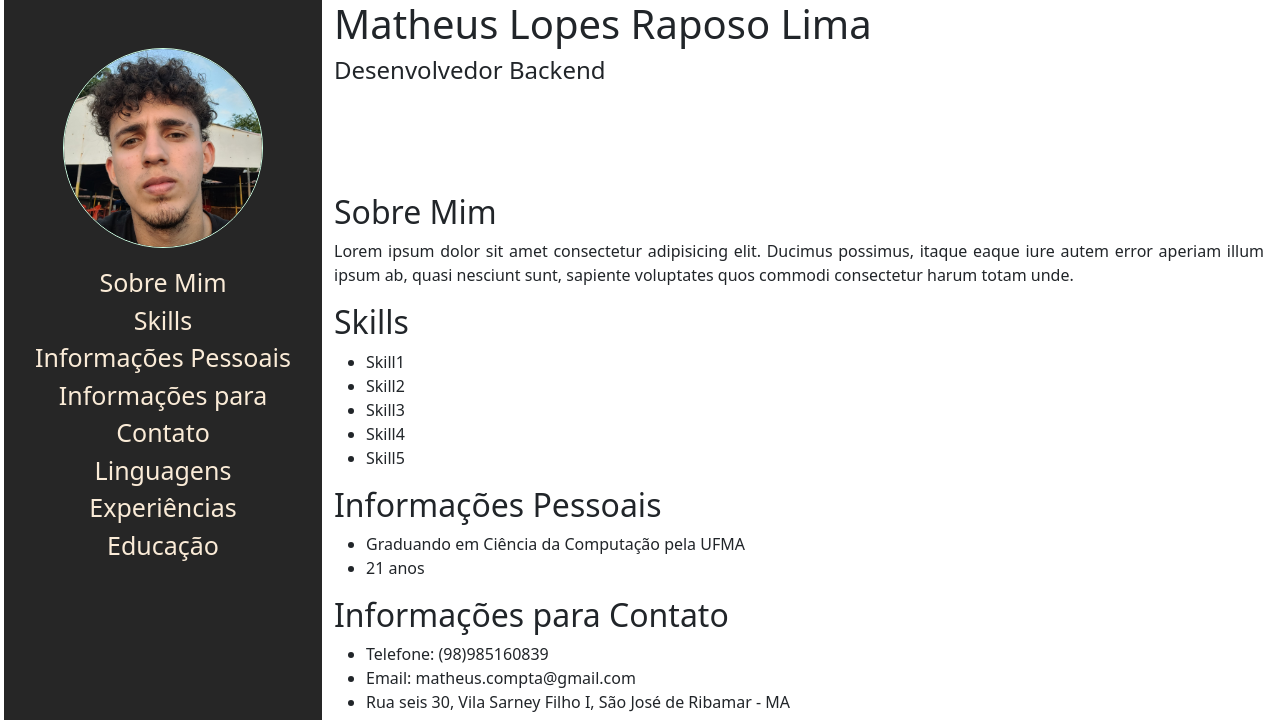
Repository: MaatheusRaposo/Curriculo_Web
Page: index.html
The author's editor kept a copy of each file at every save. The page is drawn from the files as they stood at one save, then again after the next save.
The browser window is 1280 px wide. The pictures show the whole page.
An inner scrolling area shows only its first screen.

Above is the page before, as saved 2026-05-28 02:03:24.

After the next save:
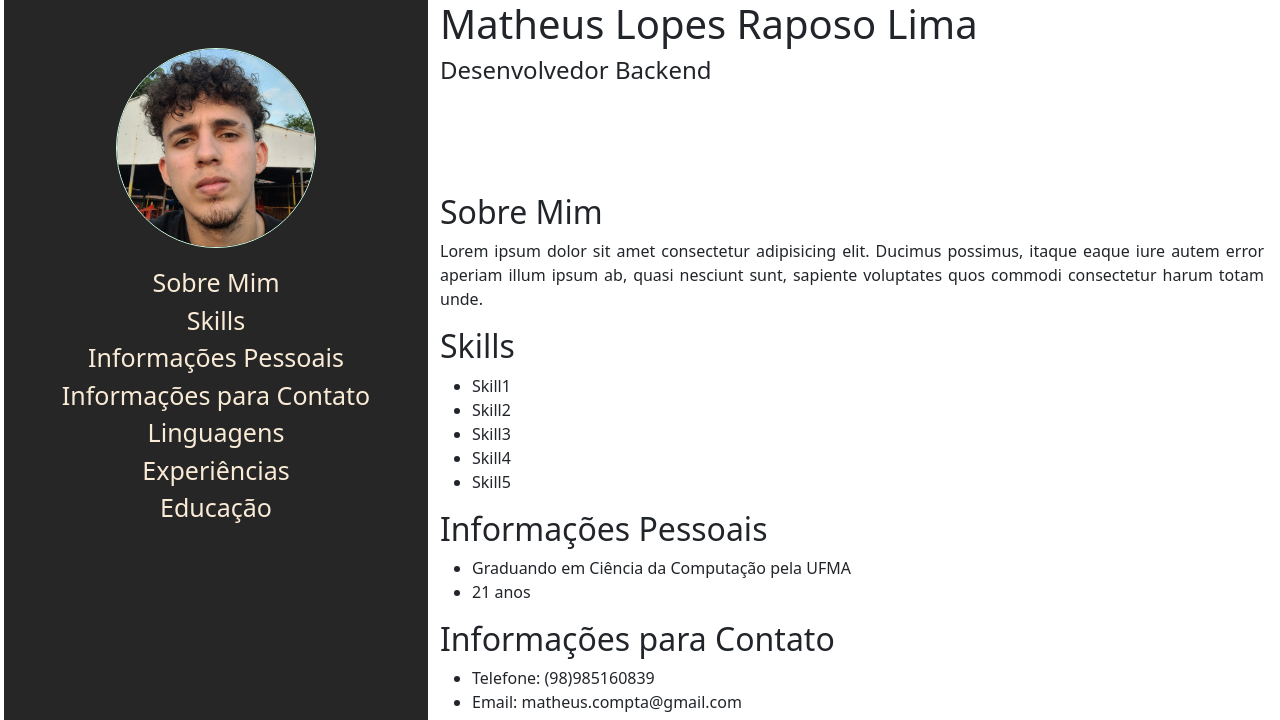
Saved 7 s later.
--- a/index.html
+++ b/index.html
@@ -10,7 +10,7 @@
 <body>
     <div class="container-fluid px-3">
         <div class="row">
-            <div class="col-3 text-light d-flex flex-column" id="coluna-esquerda">
+            <div class="col-4 text-light d-flex flex-column" id="coluna-esquerda">
                 <div class="d-flex justify-content-center align-items-center pt-5">
                     <img class="foto-perfil position-relative mb-3" src="assets/images/20230725_175129.jpg" alt="">
                 </div>
